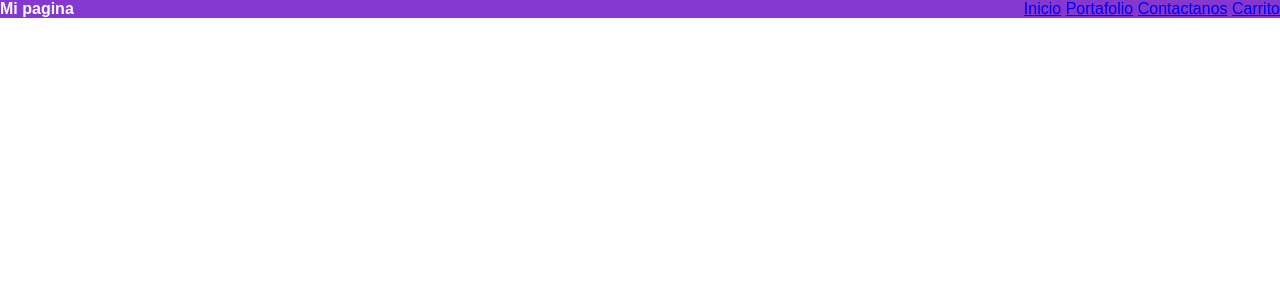
Repository: TzStrikerYT/Dise-o-web-NA00
Page: Proyecto-01/index.html
An editor plug-in stored every save of this project. The page is shown before and after the next save, followed by the edit.
The browser window is 1280 px wide. The pictures show the whole page.

Above is the page before, as saved 2024-08-21 21:14:26.

After the next save:
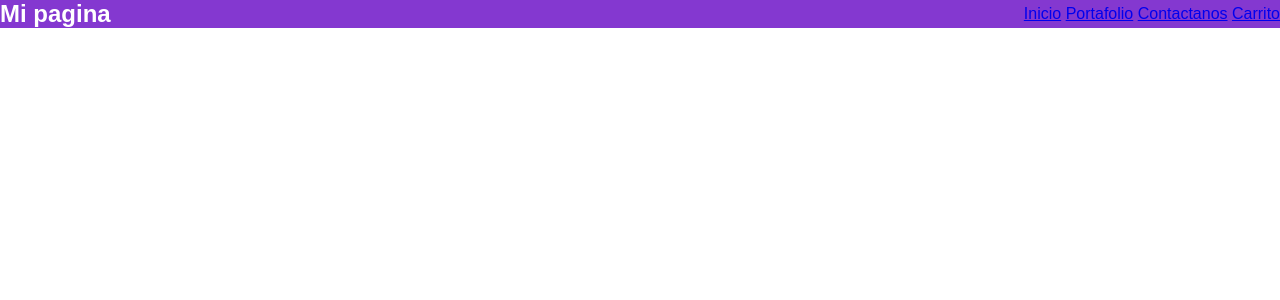
Saved 21 s later.
--- a/Proyecto-01/index.html
+++ b/Proyecto-01/index.html
@@ -12,7 +12,7 @@
     <!-- barra de navegación -->
     <nav class="navbar">
         <div class="logo">
-            <h4>Mi pagina</h4>
+            <h2>Mi pagina</h2>
         </div>
 
         <div class="nav-options">
